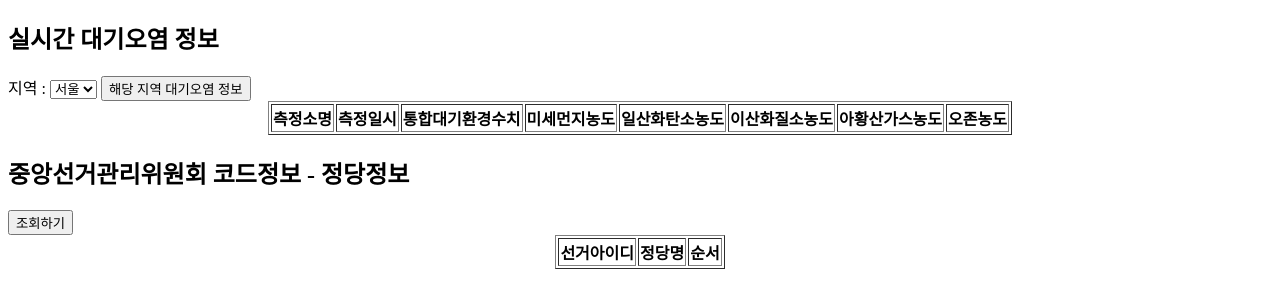
Repository: 1400CP/08_spring-workspace
Page: http://localhost/openDataProject/
These files come from the project's save history. The page is drawn as it stood at one moment and after the next save; the edit follows.
The browser window is 1280 px wide. The pictures show the whole page.
The page is served by Tomcat 9.

Above is the page before, as saved 2025-04-18 07:20:33.

After the next save:
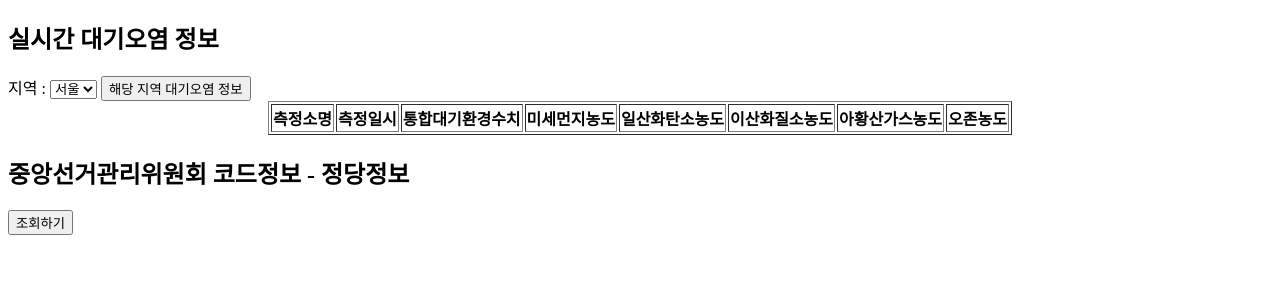
Saved 69 s later.
--- a/openDataProject/src/main/webapp/index.jsp
+++ b/openDataProject/src/main/webapp/index.jsp
@@ -131,6 +131,9 @@
 	<input type="button" value="조회하기" id="btn2">
 
 	<div id="result2">
+	</div>
+	<!--
+	<div id="result2">
 		<table id="table1" border="1" align="center">
 			<thead>
 				<tr>
@@ -142,7 +145,7 @@
 			<tbody></tbody>
 		</table>
 	</div>
-
+	 -->
 		<script>
 		$(function(){
 			$("#btn2").click(function(){
